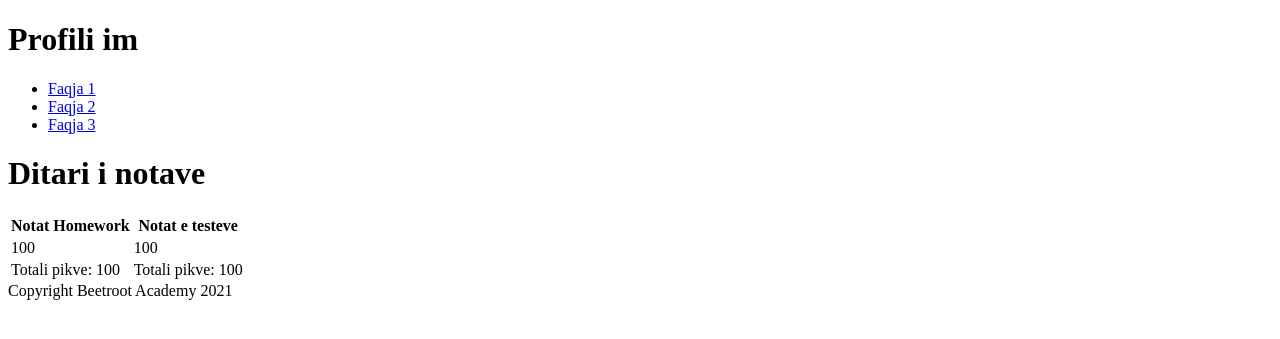
Repository: lendk/beetroot-fe-g1
Page: 02/index.html
These files come from the project's save history. The page is drawn as it stood at one moment and after the next save; the edit follows.
The browser window is 1280 px wide. The pictures show the whole page.

Above is the page before, as saved 2021-01-16 09:46:02.

### 02/index.html
<!DOCTYPE html>

<html>

<head>
  <title>Ligjerata 2/3 Html5</title>
</head>

<body>
  <header>
    <h1>Profili im</h1>
    <ul>
      <li><a href="#">Faqja 1</a></li>
      <li><a href="#">Faqja 2</a></li>
      <li><a href="#">Faqja 3</a></li>
    </ul>
  </header>
  <main>
    <h1>Ditari i notave</h1>
    <table>
      <thead>
        <tr>
          <th>Notat Homework</th>
          <th>Notat e testeve</th>
        </tr>
      </thead>
      <tbody>
        <tr>
          <td>100</td>
          <td>100</td>
        </tr>
      </tbody>
      <tfoot>
        <td>Totali pikve: 100</td>
        <td>Totali pikve: 100</td>
      </tfoot>
    </table>
  </main>
  <footer>
    <span>Copyright Beetroot Academy 2021</span>
  </footer>

</body>

</html>

After the next save:
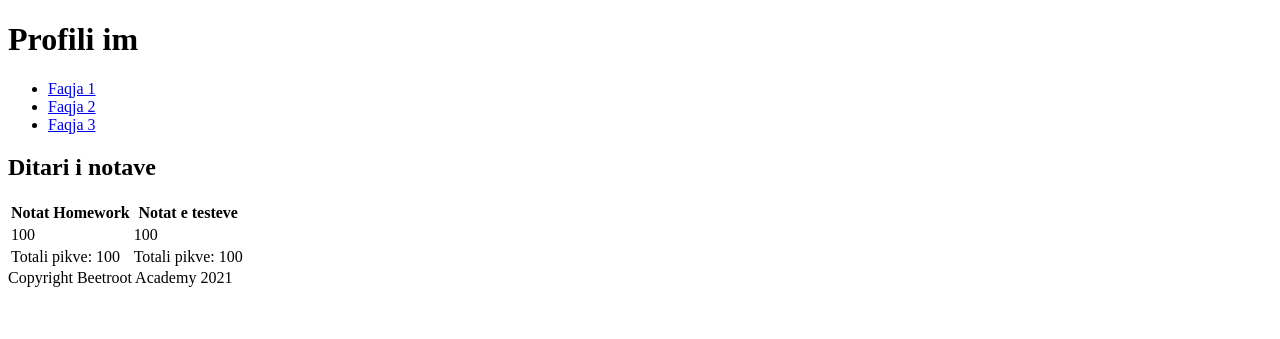
Saved 7 s later.
--- a/02/index.html
+++ b/02/index.html
@@ -16,7 +16,7 @@
     </ul>
   </header>
   <main>
-    <h1>Ditari i notave</h1>
+    <h2>Ditari i notave</h2>
     <table>
       <thead>
         <tr>
